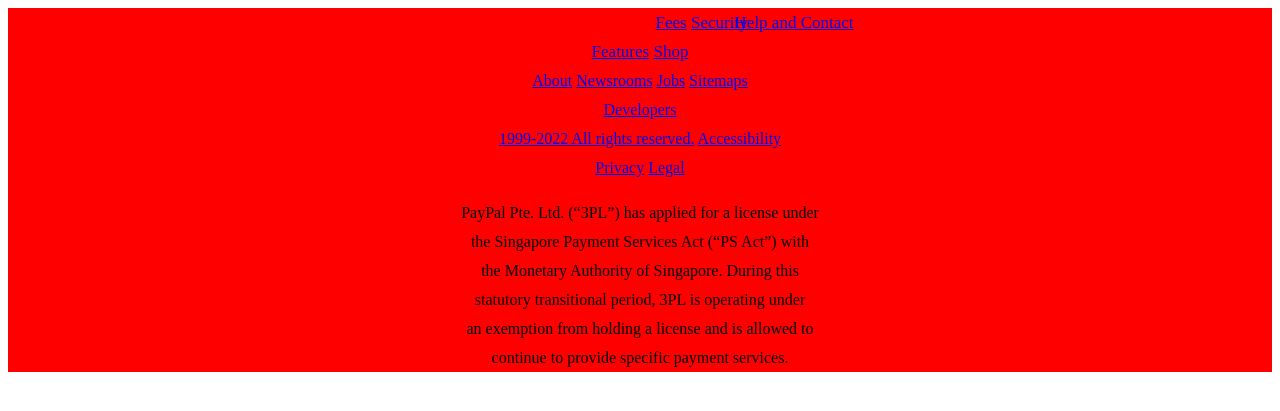
Repository: Jayeola3/Paypal
Page: text.html
An editor plug-in stored every save of this project. The page is shown before and after a run of saves, followed by the edit.
The browser window is 1280 px wide. The pictures show the whole page.

Above is the page before, as saved 2022-06-29 13:30:08.

### text.html
<!DOCTYPE html>
<html lang="en">
<head>
    <meta charset="UTF-8">
    <meta http-equiv="X-UA-Compatible" content="IE=edge">
    <meta name="viewport" content="width=device-width, initial-scale=1.0">
    <title>Document</title>
</head>
<body>
    <div class="moves">
        <a href="http://" class="lin">Help and Contact</a>
        <a href="http://" class="win"> Fees</a>
        <a href="http://" class="gin">Security</a> <br>
        <a href="http://" class="sin">Features</a>
        <a href="http://" class="qin">Shop</a><br>
    </div>
    <div class="bout">
        <a href="http://" class="bin">About</a>
        <a href="http://" class="won">Newsrooms</a>
        <a href="http://" class="gon">Jobs</a>
        <a href="http://" class="son">Sitemaps</a><br>
        <a href="http://" class="qon">Developers</a><br>
        <a href="http://" class="rights">1999-2022 All rights reserved.</a>
        <a href="http://" class="access">Accessibility</a><br>
        <a href="http://" class="privacy">Privacy</a>
        <a href="http://" class="legal">Legal</a>
        <p class="limited">PayPal Pte. Ltd. (“3PL”) has applied for a license under<br> the Singapore Payment Services Act (“PS Act”) with<br> the Monetary Authority of Singapore. During this<br> statutory transitional period, 3PL is operating under<br> an exemption from holding a license and is allowed to<br> continue to provide specific payment services.</p>
    <style>
        .lin{
            position: relative;
            left: 16%;
        }
        .moves{
            background-color: red;
            width: 100%;
            line-height: 29px;
            text-align: center;
            font-size: 17px;
        }
        .bout{
            background-color: red;
            width: 100%;
            line-height: 29px;
            text-align: center;
    </style>
</body>
</html>

After the next 2 saves:
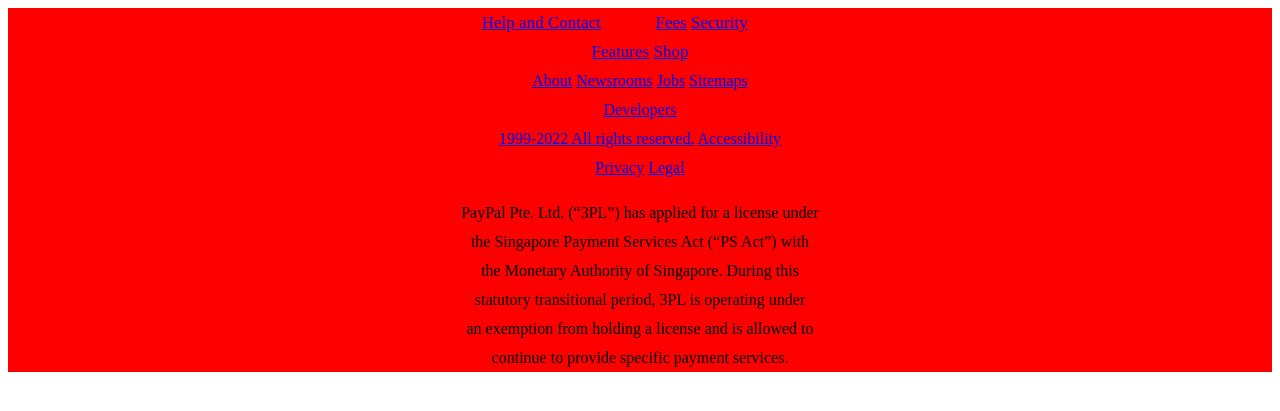
The 2 saves are shown as one change because they came seconds apart.
The last was saved 13 s later.
--- a/text.html
+++ b/text.html
@@ -28,7 +28,7 @@
     <style>
         .lin{
             position: relative;
-            left: 16%;
+            left:-4%;
         }
         .moves{
             background-color: red;
